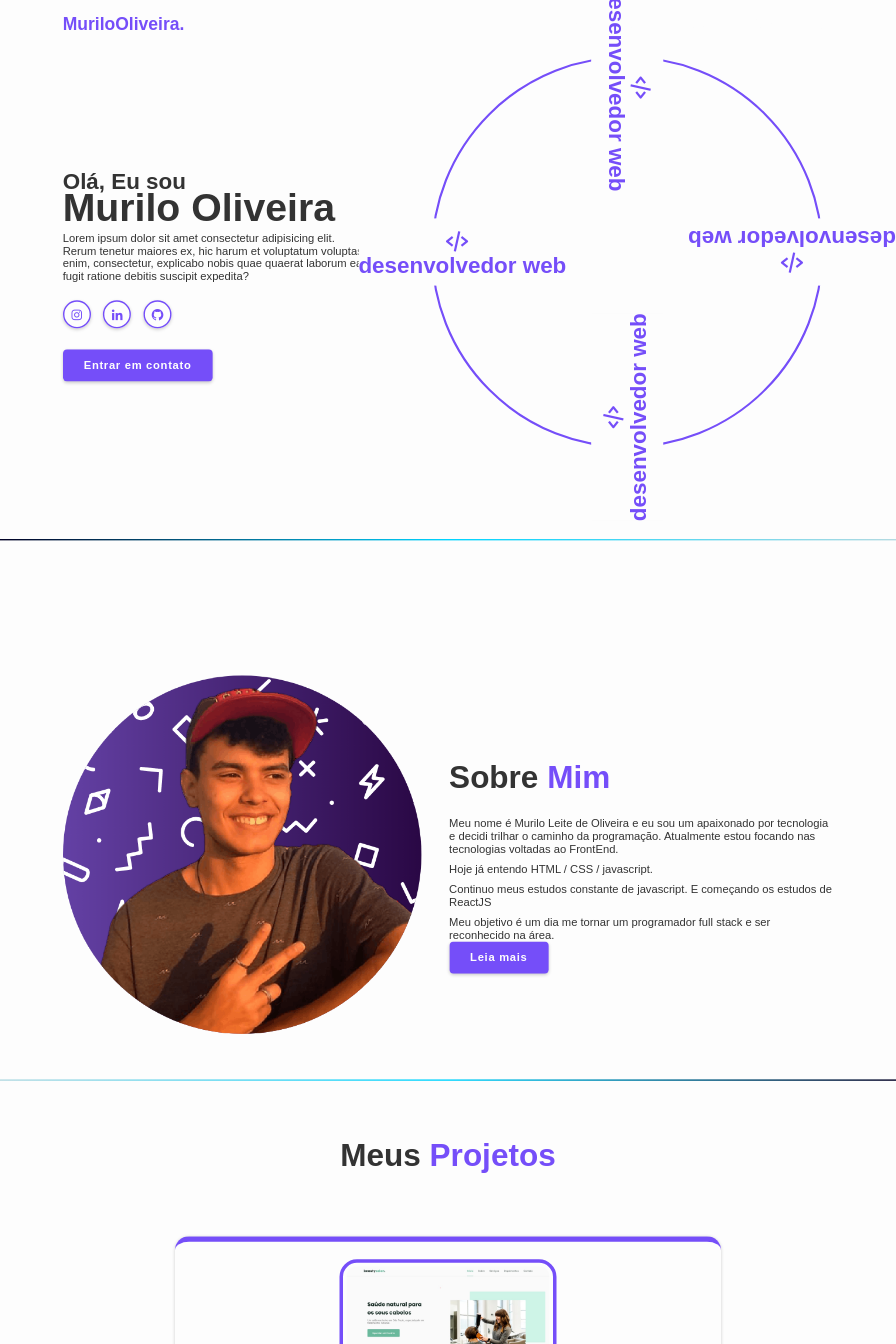
Repository: devMuriloOliveira/Portfolio-
Page: index.html
These files come from the project's save history. The page is drawn as it stood at one moment and after the next save; the edit follows.
The browser window is 1280 px wide. The pictures show the part of the page from y = 0 to 1920 px (the page is 3045 px tall), at 70% of full size.

Above is the page before, as saved 2023-03-14 20:29:45.

After the next save:
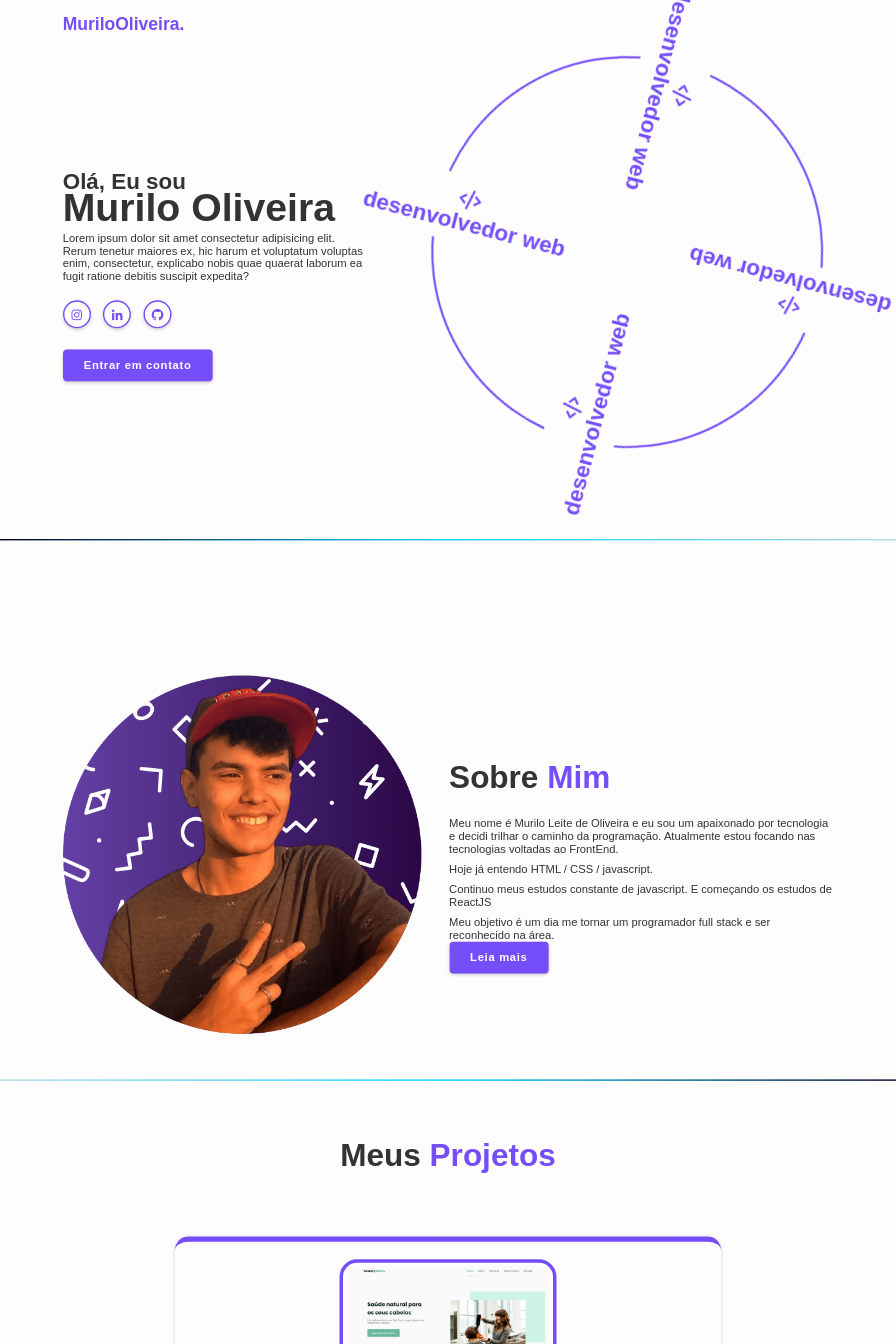
Saved 26 s later.
--- a/style.css
+++ b/style.css
@@ -216,6 +216,7 @@ section{
   display: flex;
   justify-content: center;
   align-items: center;
+  animation: professionRotate 13s;
 }
 
 @keyframes professionRotate{
